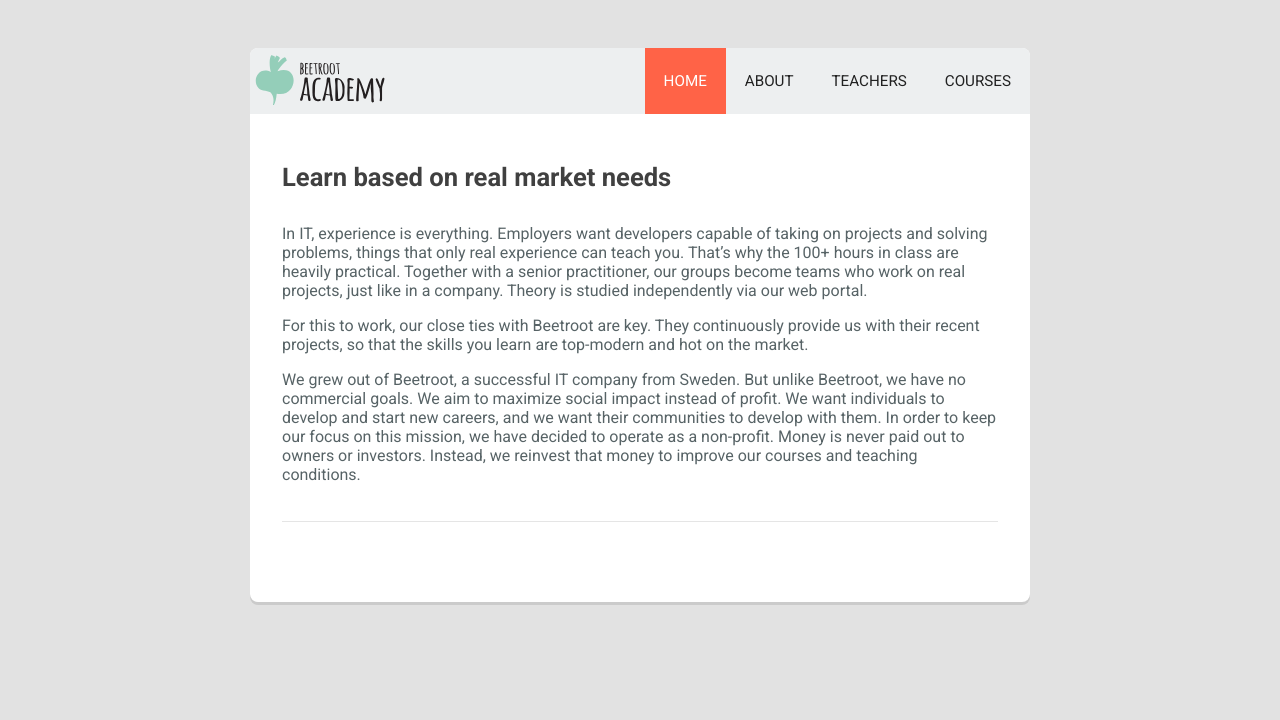
Repository: AlSemyon/router
Page: /
The author's editor kept a copy of each file at every save. The page is drawn from the files as they stood at one save, then again after a run of saves.
The browser window is 1280 px wide. The pictures show the whole page.
The project was rebuilt for these pictures with package versions that can differ from the ones it lists, and the page was loaded fresh each time. Also part of the build but not shown: src/components/About.js, src/data.js, src/components/Teachers.js, src/components/courses/Course.js, src/components/courses/CoursesContainer.js, src/components/Courses.js, src/components/NotFound.js, src/components/Featured.js.

Above is the page before, as saved 2018-12-30 10:57:56.

### src/components/App.js
import React from 'react';
import {BrowserRouter as Router, Route, Switch} from 'react-router-dom'
import Header from './Header'
import Home from './Home'
import About from './About'
import Teachers from './Teachers'
import Courses from './Courses'
import NotFound from './NotFound'
import Featured from './Featured'

const App = () => (
    <Router>
        <div className="container">
            <Header/>
            <Switch>
                <Route exact path="/" component={Home}/>
                <Route path="/about" component={About}/>

                <Route exact path="/teachers" component={Teachers}/>
                <Route path="/teachers/:name" component={Featured}/>

                <Route path="/courses" component={Courses}/>
                <Route component={NotFound}/>
            </Switch>
        </div>
    </Router>

);

export default App;

### src/components/Header.js
import React from 'react';
import {NavLink} from 'react-router-dom'

const Header = () => (
  <header className="top-header">
    <div className="logo"><img className="fluid-img"  src="/i/logo.svg" /></div>
    <ul className="main-nav">
       <li><NavLink exact to='/' activeStyle={{background: 'tomato'}}>Home</NavLink></li>
       <li><NavLink to='/about' activeClassName="myActiveClass">About</NavLink></li>
       <li><NavLink to='/teachers'>Teachers</NavLink></li>
       <li><NavLink to='/courses'>Courses</NavLink></li>
    </ul>
  </header>
);

export default Header;

### src/components/Home.js
import React, { Component } from 'react';

class Home extends Component {

  render() {
    return (
      <div className="main-content home">
        <h2>Learn based on real market needs</h2>
        <p>In IT, experience is everything. Employers want developers capable of taking on projects and solving problems, things that only real experience can teach you. That’s why the 100+ hours in class are heavily practical. Together with a senior practitioner, our groups become teams who work on real projects, just like in a company. Theory is studied independently via our web portal.</p>
        <p>For this to work, our close ties with Beetroot are key. They continuously provide us with their recent projects, so that the skills you learn are top-modern and hot on the market.</p>
        <p>We grew out of Beetroot, a successful IT company from Sweden. But unlike Beetroot, we have no commercial goals. We aim to maximize social impact instead of profit. We want individuals to develop and start new careers, and we want their communities to develop with them. In order to keep our focus on this mission, we have decided to operate as a non-profit. Money is never paid out to owners or investors. Instead, we reinvest that money to improve our courses and teaching conditions.</p>
        <hr />

      </div>
    );
  }
}

export default Home;

Loaded but not shown: public/index.html (common file); src/index.js (common file); src/index.css (common file)

After the next 2 saves:
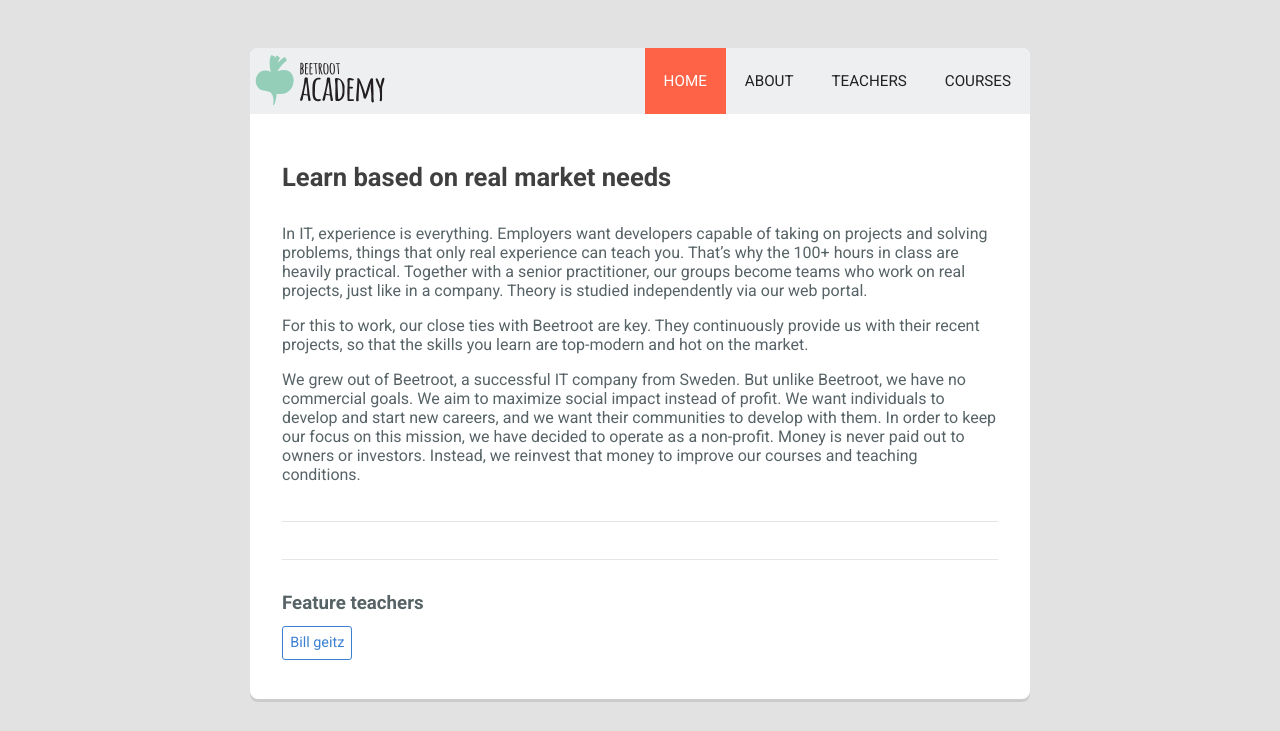
The 2 saves are shown as one change because 1 did not build or start.
The last was saved 107 s later.
--- a/src/components/Home.js
+++ b/src/components/Home.js
@@ -1,4 +1,5 @@
 import React, { Component } from 'react';
+import {Link} from 'react-router-dom'
 
 class Home extends Component {
 
@@ -11,6 +12,9 @@
         <p>We grew out of Beetroot, a successful IT company from Sweden. But unlike Beetroot, we have no commercial goals. We aim to maximize social impact instead of profit. We want individuals to develop and start new careers, and we want their communities to develop with them. In order to keep our focus on this mission, we have decided to operate as a non-profit. Money is never paid out to owners or investors. Instead, we reinvest that money to improve our courses and teaching conditions.</p>
         <hr />
 
+        <hr/>
+        <h3>Feature teachers</h3>
+        <Link to="/teacher/Bill">Bill geitz</Link>
       </div>
     );
   }
